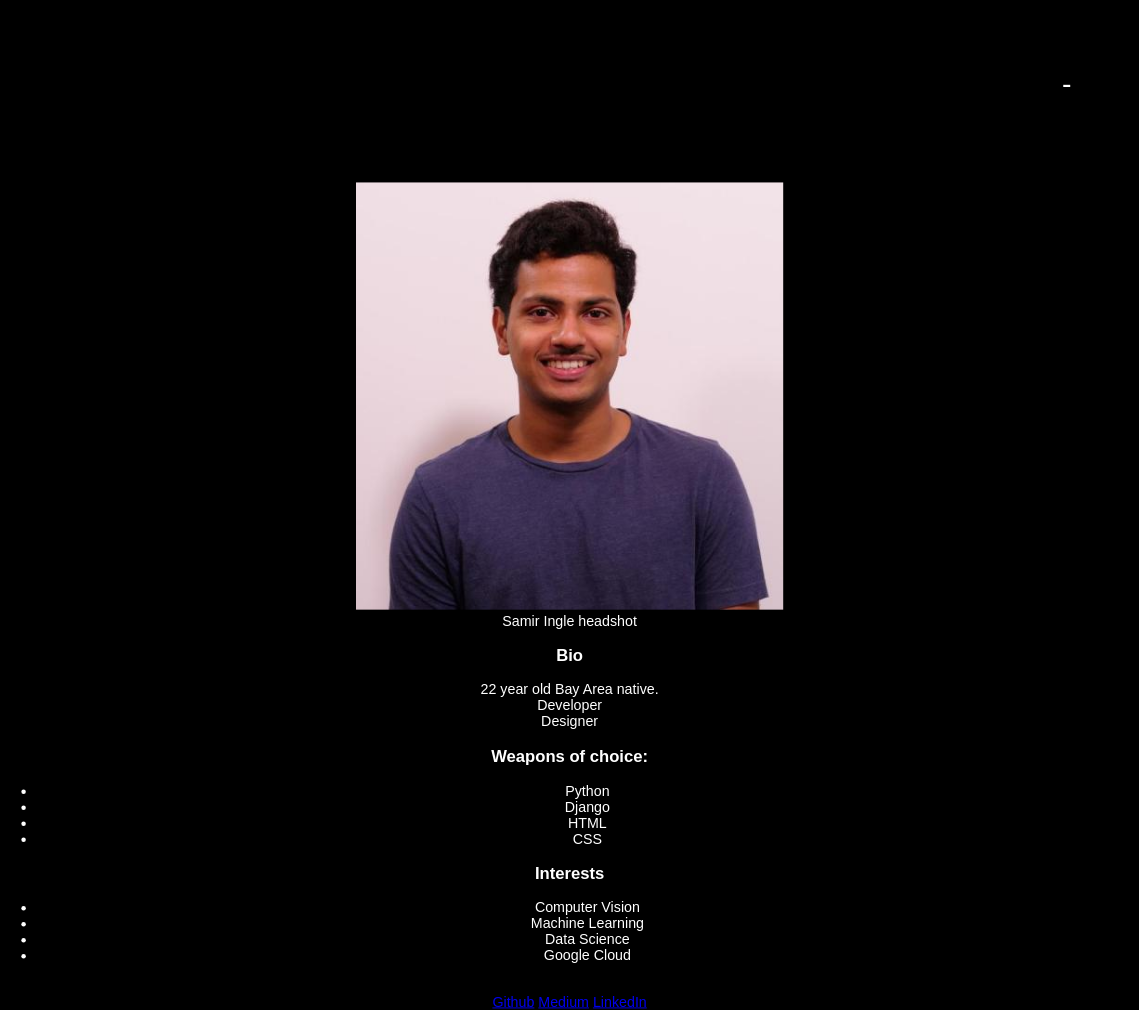
Repository: SamirIngley/html-semantic
Page: about.html
The author's editor kept a copy of each file at every save. The page is drawn from the files as they stood at one save, then again after the next save.
The browser window is 1280 px wide. The pictures show the whole page, at 89% of full size.

Above is the page before, as saved 2020-01-30 09:31:26.

### about.html
<!DOCTYPE html>
<html lang="en">
<head>
    <meta charset="UTF-8">
    <meta name="viewport" content="width=device-width, initial-scale=1.0">
    <meta http-equiv="X-UA-Compatible" content="ie=edge">
    <link href="style.css" rel="stylesheet">
    <title>Samir Ingle</title>
</head>
<body>

</body>
</html>
<header>
    <nav>
        <div class='dropdown'>
            <button class='dropbtn'>-</button>
            <div class="dropdown-content">
                <a href="#">About</a>
                <a href="#">Projects</a>
                <a href="#">Contact</a>
            </div>
        </div>
    </nav>
</header>
<center>
<figure>
        <img src="images/prof_pic.jpeg" alt="samir-profile-pic" style="width:40%;">
        <figcaption>Samir Ingle headshot</figcaption>
    </figure>

    <article>
        <h3>Bio</h3>
        <p>
        22 year old Bay Area native.
        <br>
        Developer
        <br>
        Designer
        </p>
    </article>
        <section>
            <h3>Weapons of choice:</h3>
            <ul>
                <li>Python</li>
                <li>Django</li>
                <li>HTML</li>
                <li>CSS</li>
            </ul>
        </section>
        <section>
            <h3>Interests</h3>
            <ul>
                <li>Computer Vision</li>
                <li>Machine Learning</li>
                <li>Data Science</li>
                <li>Google Cloud</li>
            </ul>
        </section>
        <p>
<footer>
        <br>
        <a href="https://github.com/SamirIngley">Github</a>
        <a href="https://medium.com/@SamirIngle">Medium</a>
        <a href="https://www.linkedin.com/in/samiringle/">LinkedIn</a>
</footer>
</center>

### style.css
* {
    box-sizing: border-box;
}

body {
    margin: 0;
    background-color:black;
    color: white;
    font-family: Sans-serif;
  }

nav {
    background-color: rgba(215, 176, 251, 0);
    font-weight:bold;
  }


nav a {
    color: white;
    text-align: center;
    font-size: 2vw;
    text-decoration: none;
}
nav a:hover{
    color: lime;

}
nav a.active {
    background-color: orange;
    color: purple;
}


nav {
    display: flex;
    justify-content: flex-end;
    list-style: none;
}

nav {
    padding: 1em;
}

<style>
body {
  margin: 0;
  font-family: Arial, Helvetica, sans-serif;
}

h3 {
  list-style-type: none;
  text-decoration: none;
}

.topnav {
  overflow: hidden;
  background-color: #333;
}

.topnav a {
  float: right;
  color: #f2f2f2;
  text-align: center;
  padding: 14px 16px;
  text-decoration: none;
  font-size: 17px;
}

.topnav a:hover {
  background-color: #ddd;
  color: black;
}

.topnav a.active {
  background-color: #4CAF50;
  color: white;
}

.dropbtn {
  background-color: rgba(0, 0, 0, 0.363);
  min-width: 100px;

  color: white;
  padding: 60px;
  font-size: 2em;
  border: 16px;
  cursor: pointer;
}

.dropdown {
  position: relative;
  display: inline-block;
}

.dropdown-content {
  display: none;
  position: absolute;
  right: 0;
  background-color: #ffffff;
  min-width: 200px;
  box-shadow: 0px 8px 16px 0px rgba(0,0,0,0.2);
  z-index: 1;
}

.dropdown-content a {
  color: white;
  padding: 40px 40px;
  text-decoration: none;
  display: block;
}

.dropdown-content a:hover {background-color: #000000;}

.dropdown:hover .dropdown-content {display: block;}
.dropdown:hover .dropbtn {background-color: #000000;}
.dropdown:



</style>
</head>
<body>

After the next save:
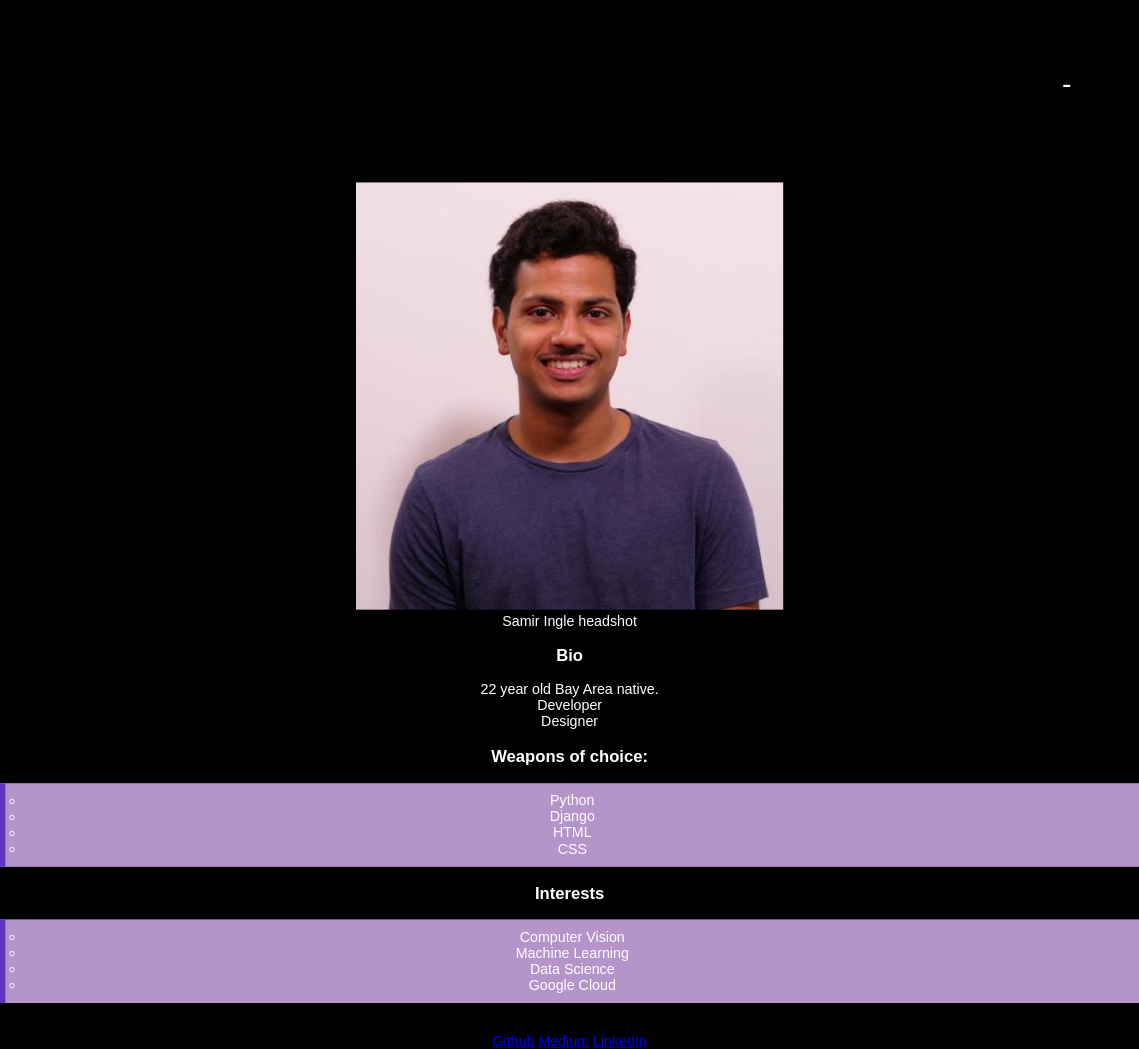
Saved 23 s later.
--- a/style.css
+++ b/style.css
@@ -50,6 +50,14 @@ body {
 h3 {
   list-style-type: none;
   text-decoration: none;
+}
+
+ul {
+  border-left: 6px solid #5e37bc;
+  background-color: #b495c9;
+  color: white;
+ list-style-type: circle;
+ padding: 11px 21px;
 }
 
 .topnav {
